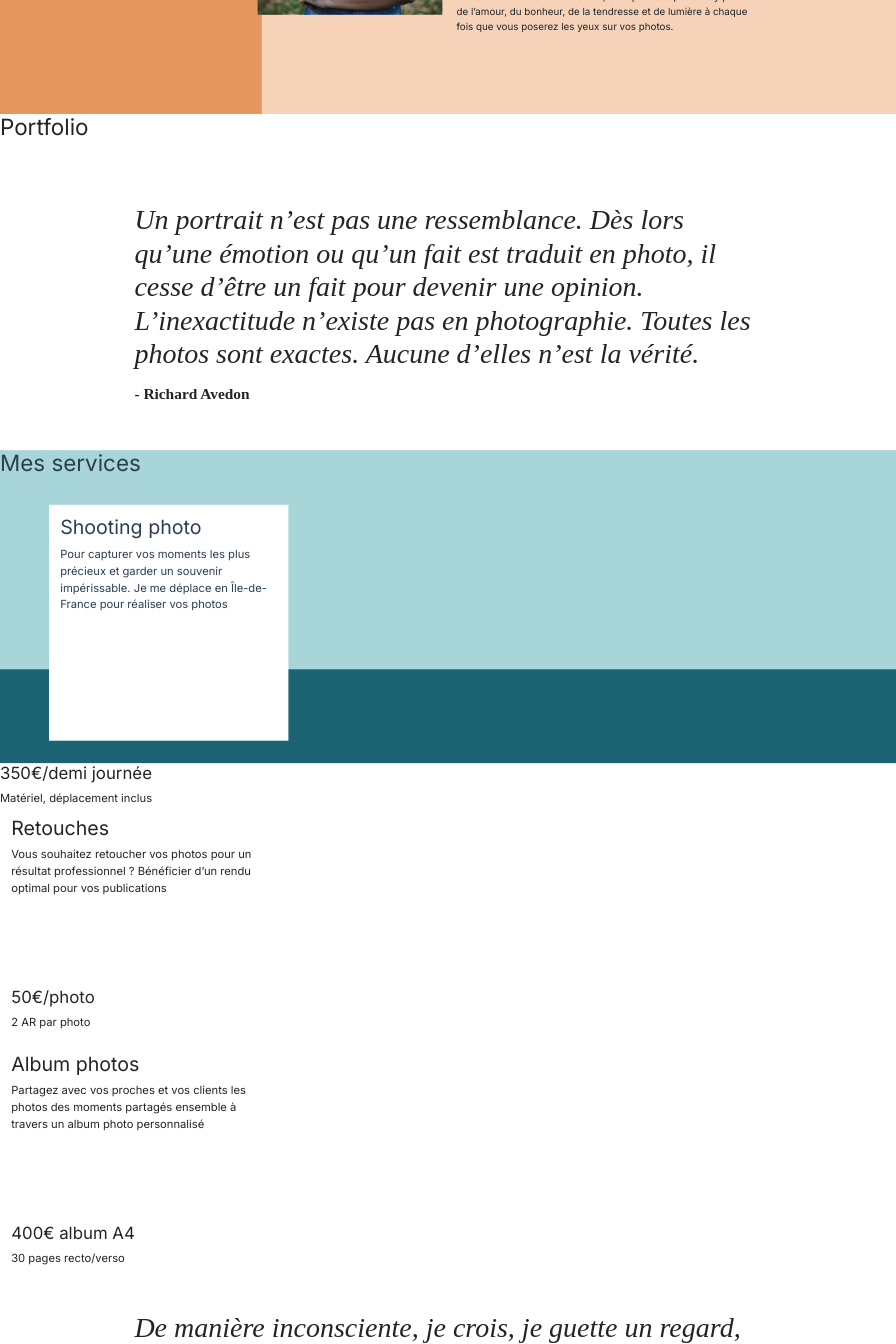
Repository: Dimple3377/project-9
Page: index.html
An editor plug-in stored every save of this project. The page is shown before and after the next save, followed by the edit.
The browser window is 1280 px wide. The pictures show the part of the page from y = 1033 to 2953 px (the page is 3859 px tall before and 5087 px after), at 70% of full size.
Pictures or frames that could not be fetched are drawn as grey boxes. Some web fonts or font styles are not loaded; a fallback is used.

Above is the page before, as saved 2024-04-15 02:53:43.
Console error: SyntaxError: Unexpected token '<'

### index.html
<!DOCTYPE html>
<html lang="fr">
  <link rel="manifest" href="/manifest.json">

  <head>
    <meta name="viewport" content="width=device-width, initial-scale=1.0" />
    <title>Nina Carducci - Photographe</title>
    <!-- Titre de la page ajouté ici -->
    <meta
      name="description"
      content="Explorez le portfolio de Nina Carducci, photographe spécialisée dans les mariages, portraits et événements en Île-de-France."
    />
    <!-- Meta description ajoutée ici -->
    <link rel="stylesheet" href="./assets/bootstrap/bootstrap.css" />
    <link rel="stylesheet" href="./assets/style.css" />
    <link rel="preconnect" href="https://fonts.googleapis.com" />
    <link rel="preconnect" href="https://fonts.gstatic.com" crossorigin />
    <link
      href="https://fonts.googleapis.com/css2?family=Inter&family=Spectral:ital,wght@0,400;1,300;1,400;1,800&display=swap"
      rel="stylesheet"
    />
    <meta charset="UTF-8" />
    <script src="./assets/bootstrap/bootstrap.bundle.js"></script>
    <script
      src="https://code.jquery.com/jquery-3.4.1.min.js"
      integrity="sha256-CSXorXvZcTkaix6Yvo6HppcZGetbYMGWSFlBw8HfCJo="
      crossorigin="anonymous"
    ></script>
    <script src="./assets/maugallery.js"></script>
    <script src="./assets/scripts.js"></script>
  </head>
  <body>
    <div class="top-header">
      <h1 class="name">Nina Carducci</h1> <!-- Changé en h1 pour indiquer le titre principal -->
      <nav class="nav">
        <ul>
          <li><a href="#about">À propos</a></li>
          <li><a href="#gallery">Galerie</a></li>
          <li><a href="#services">Service</a></li>
          <li><a href="#contact">Contact</a></li>
          <li>
            <a
              class="social-link"
              href="https://www.instagram.com/ninacarducci.photo/?hl=fr"
              target="_blank"
              ><img
                src="assets/images/instagram.png"
                alt="Logo Instagram - Suivez Nina Carducci"
            /></a>
          </li>
        </ul>
      </nav>
    </div>
    <div id="header">
      <div
        id="carouselExampleIndicators"
        class="carousel slide"
        data-bs-ride="carousel"
      >
        <div class="carousel-indicators">
          <button
            type="button"
            data-bs-target="#carouselExampleIndicators"
            data-bs-slide-to="0"
            class="active"
            aria-current="true"
            aria-label="Slide 1"
          ></button>
          <button
            type="button"
            data-bs-target="#carouselExampleIndicators"
            data-bs-slide-to="1"
            aria-label="Slide 2"
          ></button>
          <button
            type="button"
            data-bs-target="#carouselExampleIndicators"
            data-bs-slide-to="2"
            aria-label="Slide 3"
          ></button>
        </div>
        <div class="carousel-inner">
          <div class="carousel-item active">
            <img
              src="./assets/images/slider/ryoji-iwata-wUZjnOv7t0g-unsplash.jpg"
              class="d-block w-100"
              alt="Vue urbaine capturée par Ryoji Iwata"
            />
          </div>
          <div class="carousel-item">
            <img
              src="./assets/images/slider/nicholas-green-nPz8akkUmDI-unsplash.jpg"
              class="d-block w-100"
              alt="Paysage tranquille par Nicholas Green"
            />
          </div>
          <div class="carousel-item">
            <img
              src="./assets/images/slider/edward-cisneros-3_h6-1NPDGw-unsplash.jpg"
              class="d-block w-100"
              alt="Portrait émotionnel par Edward Cisneros"
            />
          </div>
        </div>
        <button
          class="carousel-control-prev"
          type="button"
          data-bs-target="#carouselExampleIndicators"
          data-bs-slide="prev"
        >
          <span class="carousel-control-prev-icon" aria-hidden="true"></span>
          <span class="visually-hidden">Previous</span>
        </button>
        <button
          class="carousel-control-next"
          type="button"
          data-bs-target="#carouselExampleIndicators"
          data-bs-slide="next"
        >
          <span class="carousel-control-next-icon" aria-hidden="true"></span>
          <span class="visually-hidden">Next</span>
        </button>
      </div>
    </div>
    <section id="about">
      <h2>A propos de moi</h2> <!-- Changé en h2 pour les grandes sections -->
      <div class="picture left">
        <img src="./assets/images/nina.png" alt="Nina Carducci souriante" />
      </div>
      <div id="about-me">
      <p>
          Devenir photographe était pour moi une évidence. Comme si j’y étais
          prédestiné. Saisir un moment, une émotion, une situation, un endroit,
          une lumière et les rendre immortels, voilà ce qui me fait vibrer.</p>

        <p>
          Nous passons notre vie à chercher le bonheur, et lorsque nous y
          touchons, nous n’avons qu’une envie : le figer au travers de
          photographies pour le savourer avec les personnes qui sont importantes
          à nos yeux, ou le partager au plus grand nombre. C’est ce que je vous
          propose : saisir ces merveilleux moments au travers de mon regard, mon
          approche, ma technique. Rendre ces moments immortels, afin que vous
          puissiez y puiser de l’amour, du bonheur, de la tendresse et de
          lumière à chaque fois que vous poserez les yeux sur vos photos.
        </p>
      </div>
    </section>

    <section id="gallery">
      <h2>Portfolio</h2>
      <div class="container py-3">
        <div class="gallery" style="display: none">
          <img
            data-gallery-tag="Concert"
            class="gallery-item"
            src="./assets/images/gallery/concerts/aaron-paul-wnX-fXzB6Cw-unsplash.jpg"
            alt="Foule lors d'un concert de nuit"
          />
          <img
            data-gallery-tag="Entreprises"
            class="gallery-item"
            src="./assets/images/gallery/entreprise/ali-morshedlou-WMD64tMfc4k-unsplash.jpg"
            alt="Intérieur d'un bureau moderne"
          />
          <img
            data-gallery-tag="Entreprises"
            class="gallery-item"
            src="./assets/images/gallery/entreprise/jason-goodman-tHO1_OuKbg0-unsplash.jpg"
            alt="Réunion d'équipe en entreprise"
          />
          <img
            data-gallery-tag="Mariages"
            class="gallery-item"
            src="./assets/images/gallery/mariage/hannah-busing-RvF2R_qMpRk-unsplash.jpg"
            alt="Couple se mariant sous un ciel clair"
          />
          <img
            data-gallery-tag="Portrait"
            class="gallery-item"
            src="./assets/images/gallery/portraits/ade-tunji-rVkhWWZFAtQ-unsplash.jpg"
            alt="Portrait d'un homme en lumière naturelle"
          />
          <img
            data-gallery-tag="Mariages"
            class="gallery-item"
            src="./assets/images/gallery/mariage/jakob-owens-SiniLJkXhMc-unsplash.jpg"
            alt="Couple de mariés partageant un moment joyeux"
          />
          <img
            data-gallery-tag="Portrait"
            class="gallery-item"
            src="./assets/images/gallery/portraits/nino-van-prattenburg--443cl1uR_8-unsplash.jpg"
            alt="Portrait artistique d'une femme"
          />
          <img
            data-gallery-tag="Concert"
            class="gallery-item"
            src="./assets/images/gallery/concerts/austin-neill-hgO1wFPXl3I-unsplash.jpg"
            alt="Artiste jouant de la guitare sur scène"
          />
          <img
            data-gallery-tag="Entreprises"
            class="gallery-item"
            src="./assets/images/gallery/entreprise/mateus-campos-felipe-Fsgzm8N0hIY-unsplash.jpg"
            alt="Bureau d'entreprise avec un design épuré"
          />
        </div>
      </div>
    </section>
      <div class="quote">
        <figure>
          <blockquote>
            <h1 class="quote__text">
              Un portrait n’est pas une ressemblance. Dès lors qu’une émotion ou
              qu’un fait est traduit en photo, il cesse d’être un fait pour
              devenir une opinion. L’inexactitude n’existe pas en photographie.
              Toutes les photos sont exactes. Aucune d’elles n’est la vérité.
            </h1>
          </blockquote>
          <figcaption class="quote__author">- Richard Avedon</figcaption>
        </figure>
      </div>
    </div>
    <section id="services">
      <h2>Mes services</h2>
      <div class="container">
        <div class="service">
          <div class="service__description">
            <h3>Shooting photo</h3>
            <p>
              Pour capturer vos moments les plus précieux et garder un souvenir
              impérissable. Je me déplace en Île-de-France pour réaliser vos
              photos
            </p>
          </div>
          </section>
          <div class="service__price">
            <h4>350€/demi journée</h4>
            <span>Matériel, déplacement inclus</span>
          </div>
        </div>
        <div class="service">
          <div class="service__description">
            <h3>Retouches</h3>
            <p>
              Vous souhaitez retoucher vos photos pour un résultat professionnel
              ? Bénéficier d’un rendu optimal pour vos publications
            </p>
          </div>
          <div class="service__price">
            <h4>50€/photo</h4>
            <span>2 AR par photo</span>
          </div>
        </div>
        <div class="service">
          <div class="service__description">
            <h3>Album photos</h3>
            <p>
              Partagez avec vos proches et vos clients les photos des moments
              partagés ensemble à travers un album photo personnalisé
            </p>
          </div>
          <div class="service__price">
            <h4>400€ album A4</h4>
            <span>30 pages recto/verso</span>
          </div>
        </div>
      </div>
    </section>
    <div class="quote">
      <figure>
        <blockquote>
          <h1 class="quote__text">
            De manière inconsciente, je crois, je guette un regard, une
            expression, des traits ou une nostalgie capable de résumer ou plus
            exactement de révéler une vie
          </h1>
        </blockquote>
        <figcaption class="quote__author">- Richard Avedon</figcaption>
      </figure>
    </div>
    <section id="contact">
      <h2>Contact</h2>
      <div class="container">
        <div class="form-container">
          <h3>Une question ? Une demande de devis ?</h3>
          <p>
            N’hésitez pas à m’écrire ! Je vous répondrais en moins de 24 heures
          </p>
          <form action="" method="post">
            <label for="nom">Nom</label>
            <input type="text" name="nom" id="nom" />
            <label for="email">Email</label>
            <input type="email" name="email" id="email" />
            <label for="message">Message</label>
            <textarea
              name="message"
              id="message"
              cols="30"
              rows="10"
            ></textarea>
            <input type="submit" value="Envoyer" />
          </form>
        </div>
        <div class="picture right">
          <img src="./assets/images/camera.png" alt="Icône de caméra" />
        </div>
      </div>
    </section>
  </body>
</html>

### assets/style.css
body {
  max-width: 1920px;
  margin: auto;
}
* {
  font-family: "Inter";
  font-style: normal;
}
.top-header {
  background-color: white;
  position: sticky;
  top: 0;
  z-index: 1000;
  display: flex;
  justify-content: space-between;
  padding-inline: 100px;
  padding-block: 30px;
  align-items: center;
}

.top-header .name {
  font-size: 26px;
}

.nav ul {
  display: flex;
  list-style-type: none;
  font-size: 14px;
  margin-bottom: 0;
}

.nav li {
  padding-inline: 10px;
}

.nav a {
  text-decoration: none;
  color: #000;
}

.social-link img {
  width: 20px;
}

#about {
  display: flex;
  background-color: #f6d2b8;
  padding-inline: 100px;
  padding-block: 100px;
  position: relative;
}

.picture.left::before {
  content: " ";
  background-color: #e5975f;
  width: 374px;
  height: 329px;
  position: absolute;
  bottom: 0;
  left: 0;
  z-index: -1;
}

.picture {
  flex: 1;
  margin: 0 20px;
  z-index: 0;
}

.picture img {
  width: 100%;
}
#about-me {
  flex: 2;
}
.about-me__title {
  margin-top: 1em;
  margin-bottom: 60px;
  font-size: 30px;
}
.about-me__introduction {
  font-family: "Spectral";
  font-weight: 800;
  font-style: italic;
  width: 60%;
}
#about-me p {
  width: 80%;
  font-size: 14px;
}

#gallery {
  /*	min-height: 100vh; */
}
.title {
  text-align: center;
  padding-block: 2em;
}
.gallery .nav {
  justify-content: center;
}
.nav-pills .nav-link.active,
.nav-pills .show > .nav-link {
  color: #fff;
  background-color: #5a5a2d; /* Plus foncé pour un meilleur contraste */
  border-radius: 0;
}
.nav-pills .nav-link {
  color: #000;
}
.item-column {
  position: relative;
  margin-bottom: 0 !important;
  padding: 0;
}
.item-column::after {
  content: "";
  display: block;
  padding-bottom: 100%;
}
.gallery-item {
  position: absolute;
  width: 100%;
  height: 100%;
  object-fit: cover;
  padding: 0.5em;
}
.mg-prev,
.mg-next {
  width: 30px;
  height: 30px;
  border-radius: 00%;
  justify-content: center;
  align-items: center;
  display: flex;
  font-size: 24px;
}

.quote {
  font-family: "Spectral";
  font-style: italic;
  width: 70%;
  margin: auto;
  padding-block: 3em;
}
.quote__text {
  font-family: Spectral;
  font-style: italic;
  font-weight: 300;
}
.quote__author {
  font-family: Spectral;
  font-weight: 800;
  font-size: 22px;
}

#services {
  margin: auto;
  background-color: #a8d5d8;
  color: #2c3e50; /* Texte plus foncé pour un meilleur contraste */
  position: relative;
}
#services .container::before {
  content: " ";
  background-color: #1c6474;
  position: absolute;
  width: 100%;
  height: 30%;
  bottom: 0;
  left: 0;
  z-index: 0;
}

#services .container {
  justify-content: space-between;
  display: flex;
  padding: 2em 0;
}

.service {
  background-color: white;
  max-width: 390px;
  width: 30%;
  height: 337px;
  padding: 1em;
  display: flex;
  flex-direction: column;
  justify-content: space-between;
  z-index: 1;
}

#contact {
  margin: auto;
  background-color: #d8d3a8;
  position: relative;
  padding-inline: 100px;
  padding-block: 100px;
}

#contact .container {
  display: flex;
}
.picture.right::before {
  content: " ";
  background-color: #beb45a;
  width: 374px;
  height: 329px;
  position: absolute;
  bottom: 0;
  right: 0;
  z-index: -1;
}
.form-container {
  flex: 2;
}
form {
  display: flex;
  flex-direction: column;
  width: 70%;
  align-items: flex-start;
}

form input {
  width: 100%;
  background-color: transparent;
  border: solid 1px;
  height: 2.5em;
  margin-bottom: 20px;
}

form textarea {
  width: 100%;
  background-color: transparent;
  border: solid 1px;
  height: 5em;
  line-height: 2.5em;
  font-size: 1.2em;
  margin-bottom: 20px;
}
input[type="submit"] {
  background-color: #beb45a;
  padding: 0.5em 1em;
}

@media all and (max-width: 1180px) {
  .picture {
    flex: 2;
  }
  #about,
  #contact .container {
    align-items: center;
  }
  .about-me__title {
    margin-top: 0;
    margin-bottom: 1em;
  }
  #about-me h6,
  #about-me p {
    width: 100%;
  }
}

@media all and (max-width: 1000px) {
  #about {
    flex-direction: column;
  }
  .picture {
    width: 50%;
  }
  .picture.left::before {
    width: 100%;
    height: 30%;
    position: absolute;
    bottom: auto;
    top: 0;
    left: 0;
    z-index: -1;
  }
  .about-me__title {
    text-align: center;
    margin-top: 1em;
  }
  #services .container {
    flex-direction: column;
  }
  .service {
    width: 100%;
    max-width: 100%;
    height: auto;
    margin: 2em 0;
  }
  .service__description {
    margin-bottom: 1em;
  }

  #services .container::before {
    width: 30%;
    height: 100%;
    bottom: 0;
    right: 0;
    left: auto;
    z-index: 0;
  }

  #contact .container {
    flex-direction: column;
  }
  #contact .picture.right {
    margin-top: 1em;
  }
  .picture.right::before {
    width: 100%;
    height: 30%;
    position: absolute;
    bottom: 0;
    right: 0;
    z-index: -1;
  }
}

@media all and (max-width: 650px) {
  .top-header {
    flex-direction: column;
    padding-inline: 0;
  }
  .top-header .nav,
  .top-header .nav ul {
    width: 100%;
    padding: 0 0 0 0;
  }
  .top-header .nav li {
    flex: 1;
    padding-block: 1em;
    text-align: center;
  }
  .picture.left::before,
  .picture.right::before {
    height: 150px;
  }
  #services .container {
    align-items: center;
  }
  .service {
    max-width: 90%;
  }
  #about,
  #contact {
    padding-inline: 2em;
    padding-block: 2em;
  }
  form {
    width: 100%;
  }
  .picture {
    width: 80%;
  }
}

### assets/scripts.js
<script>
$(document).ready(function() {
    // Initialisation de la galerie
    $('.gallery').mauGallery({
        columns: {
            xs: 1,
            sm: 2,
            md: 3,
            lg: 3,
            xl: 3
        },
        lightBox: true,
        lightboxId: 'myAwesomeLightbox',
        showTags: true,
        tagsPosition: 'top'
    });

    // Vérification si le service worker est pris en charge
    if ('serviceWorker' in navigator) {
        window.addEventListener('load', function() {
            navigator.serviceWorker.register('/service-worker.js').then(function(registration) {
                console.log('Service Worker registered with scope:', registration.scope);
            }).catch(function(error) {
                console.log('Service Worker registration failed:', error);
            });
        });
    }
});
</script>

Loaded but not shown: assets/bootstrap/bootstrap.css (library); assets/bootstrap/bootstrap.bundle.js (library); assets/maugallery.js (263 lines, source omitted)

After the next save:
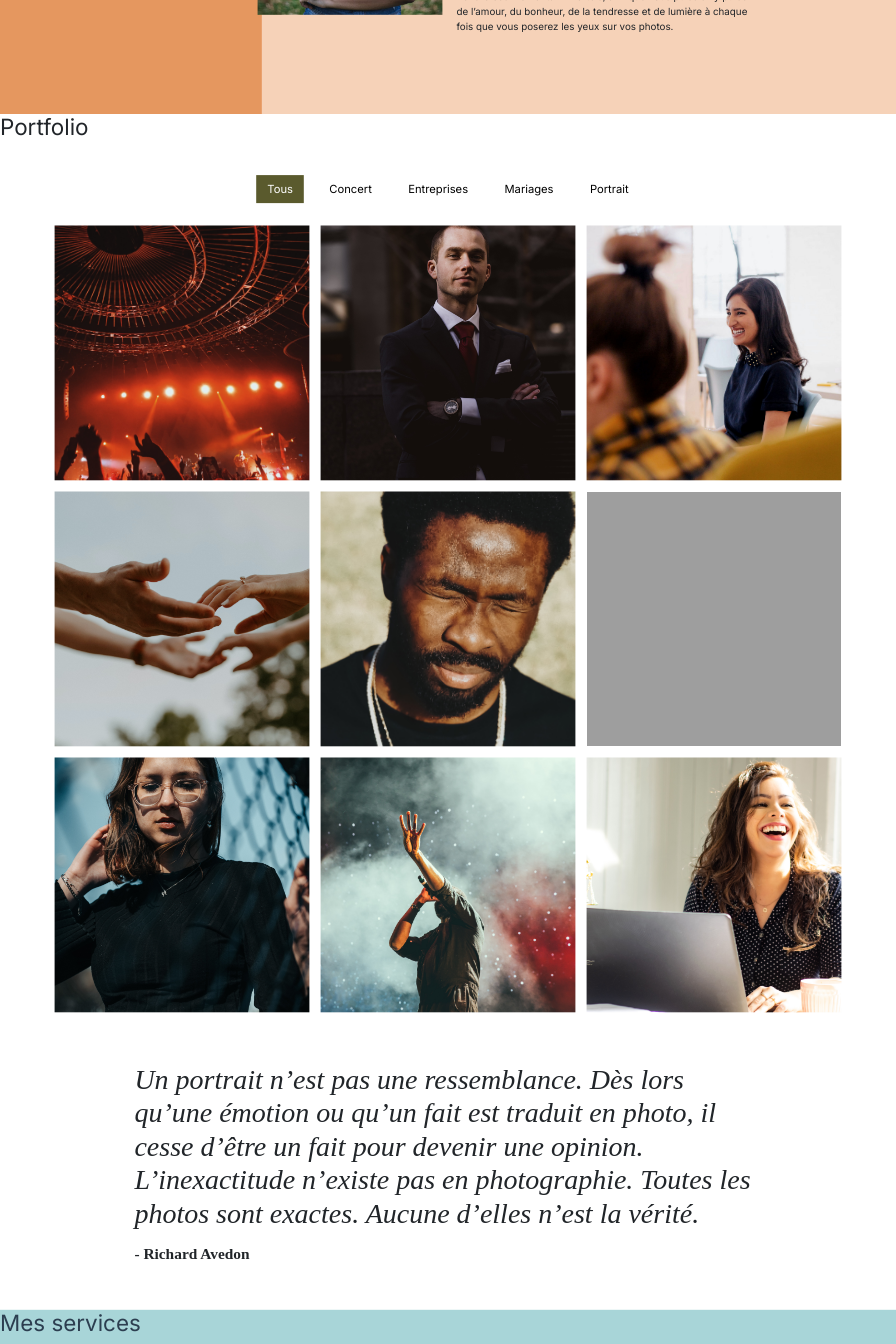
The error is gone.
Saved 3 min 44 s later.
--- a/assets/scripts.js
+++ b/assets/scripts.js
@@ -1,29 +1,15 @@
-<script>
-$(document).ready(function() {
-    // Initialisation de la galerie
-    $('.gallery').mauGallery({
-        columns: {
-            xs: 1,
-            sm: 2,
-            md: 3,
-            lg: 3,
-            xl: 3
-        },
-        lightBox: true,
-        lightboxId: 'myAwesomeLightbox',
-        showTags: true,
-        tagsPosition: 'top'
-    });
-
-    // Vérification si le service worker est pris en charge
-    if ('serviceWorker' in navigator) {
-        window.addEventListener('load', function() {
-            navigator.serviceWorker.register('/service-worker.js').then(function(registration) {
-                console.log('Service Worker registered with scope:', registration.scope);
-            }).catch(function(error) {
-                console.log('Service Worker registration failed:', error);
-            });
-        });
-    }
+$(document).ready(function () {
+  $(".gallery").mauGallery({
+    columns: {
+      xs: 1,
+      sm: 2,
+      md: 3,
+      lg: 3,
+      xl: 3,
+    },
+    lightBox: true,
+    lightboxId: "myAwesomeLightbox",
+    showTags: true,
+    tagsPosition: "top",
+  });
 });
-</script>
